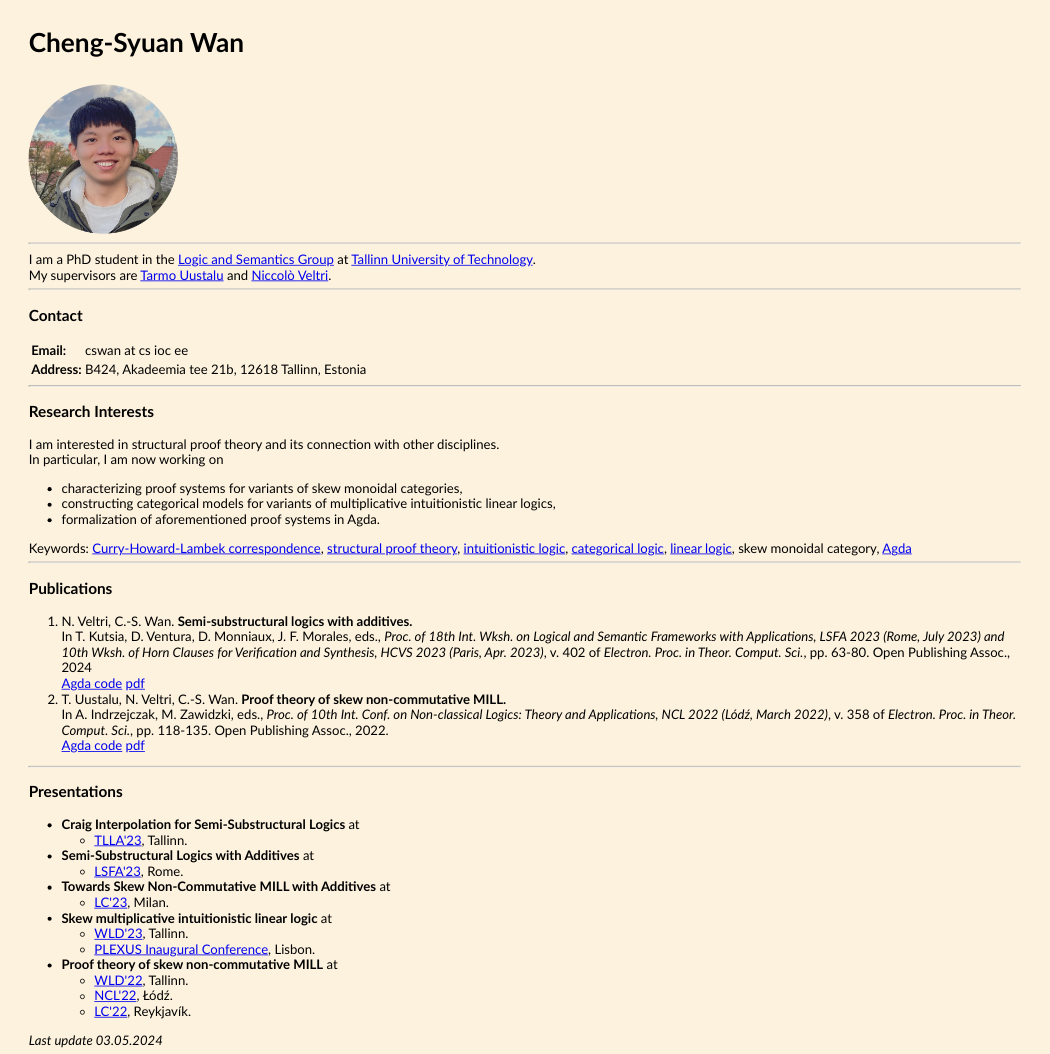
Repository: cswphilo/cswphilo.github.io
Page: index.html
These files come from the project's save history. The page is drawn as it stood at one moment and after the next save; the edit follows.
The browser window is 1280 px wide. The pictures show the whole page, at 82% of full size.

Above is the page before, as saved 2024-07-10 16:14:29.

After the next save:
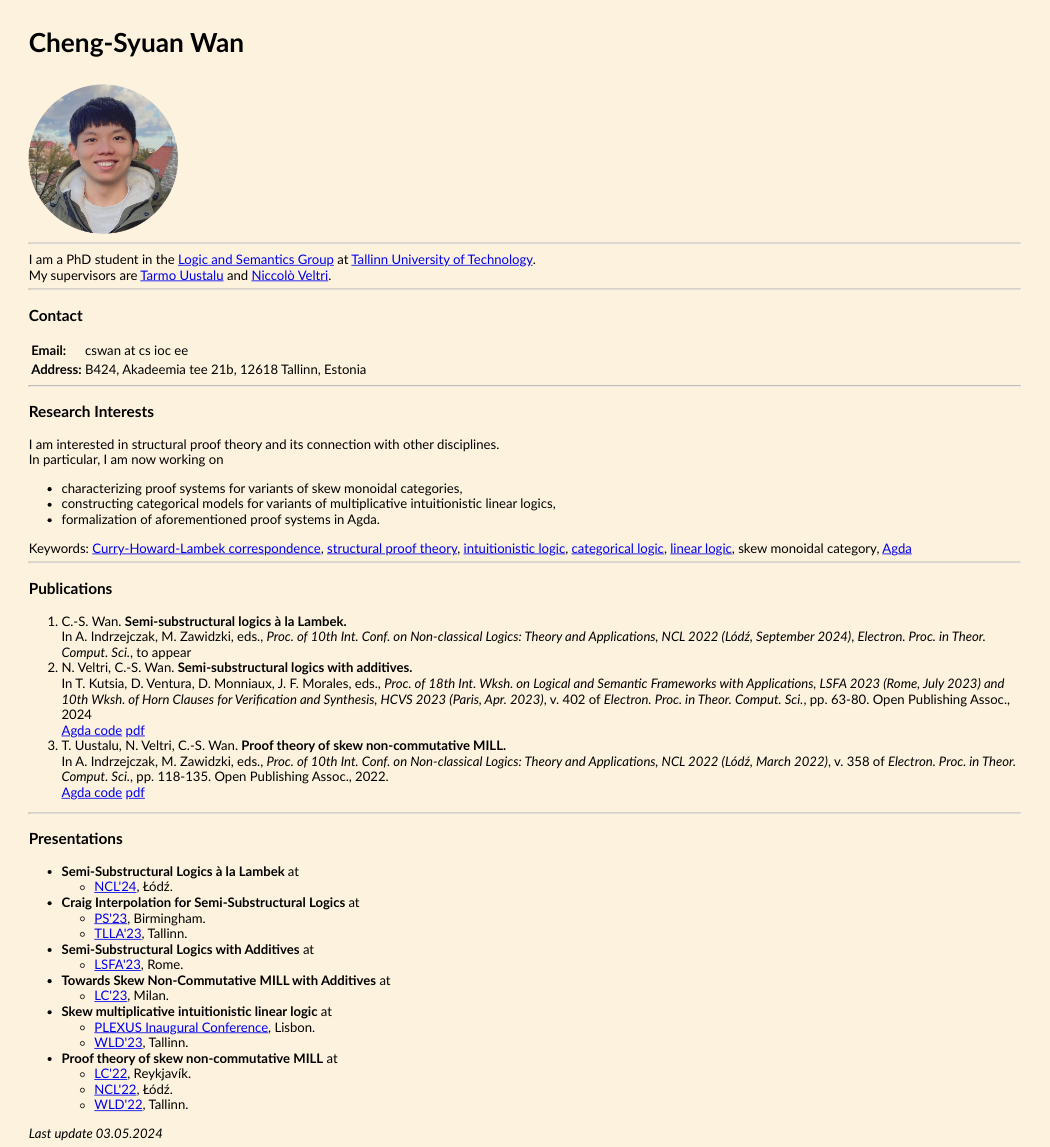
Saved 84 days later.
--- a/index.html
+++ b/index.html
@@ -57,6 +57,13 @@
     <div>
         <h3>Publications</h3>
     <ol>
+        <li>C.-S. Wan. <b>Semi-substructural logics à la Lambek.</b>
+        <br />
+            In A. Indrzejczak, M. Zawidzki, eds., <em>Proc. of 10th Int. Conf. on Non-classical Logics: Theory and Applications, NCL 2022 (Lódź, September 2024)</em>, <em>Electron. Proc. in Theor. Comput. Sci.</em>, to appear
+        <br />
+            <!-- <a href="https://github.com/cswphilo/SkewMonAdd">Agda code</a>
+            <a href="https://cgi.cse.unsw.edu.au/~eptcs/paper.cgi?LSFA2023.8.pdf">pdf</a> -->
+        </li>
         <li>N. Veltri, C.-S. Wan. <b>Semi-substructural logics with additives.</b>
         <br />
             In T. Kutsia, D. Ventura, D. Monniaux, J. F. Morales, eds., <em>Proc. of 18th Int. Wksh. on Logical and Semantic Frameworks with Applications, LSFA 2023 (Rome, July 2023) and 10th Wksh. of Horn Clauses for Verification and Synthesis, HCVS 2023 (Paris, Apr. 2023)</em>, v. 402 of <em>Electron. Proc. in Theor. Comput. Sci.</em>, pp. 63-80. Open Publishing Assoc., 2024
@@ -77,8 +84,13 @@
     <div>
         <h3 id="presentations">Presentations</h3>
         <ul>
+           <li><b>Semi-Substructural Logics à la Lambek </b> at
+                <ul>
+                    <li><a href="https://easychair.org/smart-program/NCL'24/index.html">NCL'24</a>, Łódź. </li>
+                </ul>
            <li><b>Craig Interpolation for Semi-Substructural Logics </b> at
                 <ul>
+                    <li><a href="https://proofsociety2024.com/">PS'23</a>, Birmingham. </li>
                     <li><a href="https://lipn.univ-paris13.fr/TLLA/2024/">TLLA'23</a>, Tallinn. </li>
                 </ul>
            <li><b>Semi-Substructural Logics with Additives</b> at
@@ -91,15 +103,15 @@
             </ul>
            <li><b>Skew multiplicative intuitionistic linear logic</b> at
             <ul>
+                <li><a href="https://cful.letras.ulisboa.pt/lancog/events/plexus-inaugural-conference-24-27-may-2023/">PLEXUS Inaugural Conference</a>, Lisbon. </li>
                 <li><a href="https://cs.ioc.ee/lsg/wld23/">WLD'23</a>, Tallinn. </li>
-                <li><a href="https://cful.letras.ulisboa.pt/lancog/events/plexus-inaugural-conference-24-27-may-2023/">PLEXUS Inaugural Conference</a>, Lisbon. </li>
             </ul>
            </li>
            <li><b>Proof theory of skew non-commutative MILL</b> at
             <ul>
+                <li><a href="http://icetcs.ru.is/lc2022/">LC'22</a>, Reykjavík. </li>
+                <li><a href="https://easychair.org/smart-program/NCL'22/">NCL'22</a>, Łódź. </li>
                 <li><a href="https://cs.ioc.ee/lsg/wld22/">WLD'22</a>, Tallinn. </li>
-                <li><a href="https://easychair.org/smart-program/NCL'22/">NCL'22</a>, Łódź. </li>
-                <li><a href="http://icetcs.ru.is/lc2022/">LC'22</a>, Reykjavík. </li>
             </ul>
         </li>
         </ul>
